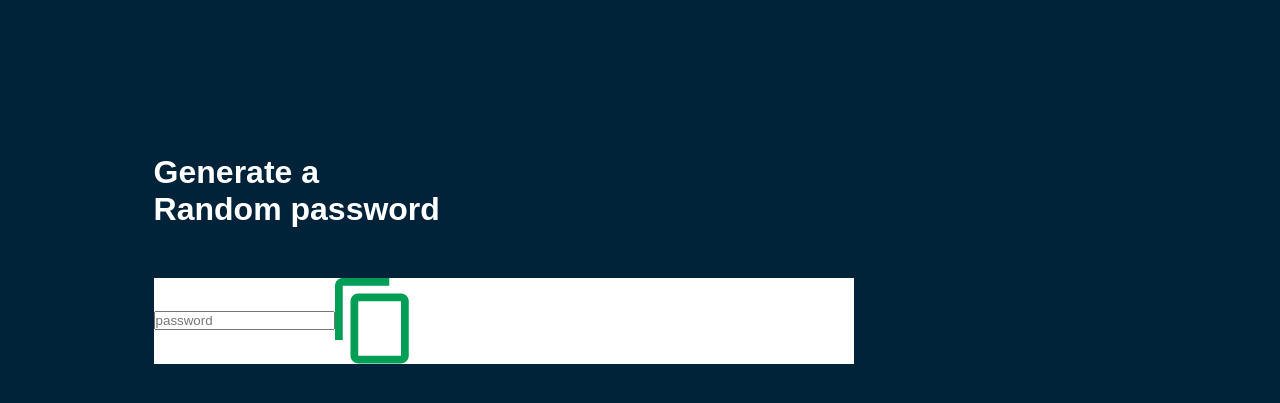
Repository: YAAMAR/password-generator
Page: Random password/index.html
These files come from the project's save history. The page is drawn as it stood at one moment and after a run of saves; the edit follows.
The browser window is 1280 px wide. The pictures show the whole page.

Above is the page before, as saved 2024-05-02 18:58:49.

After the next 2 saves:
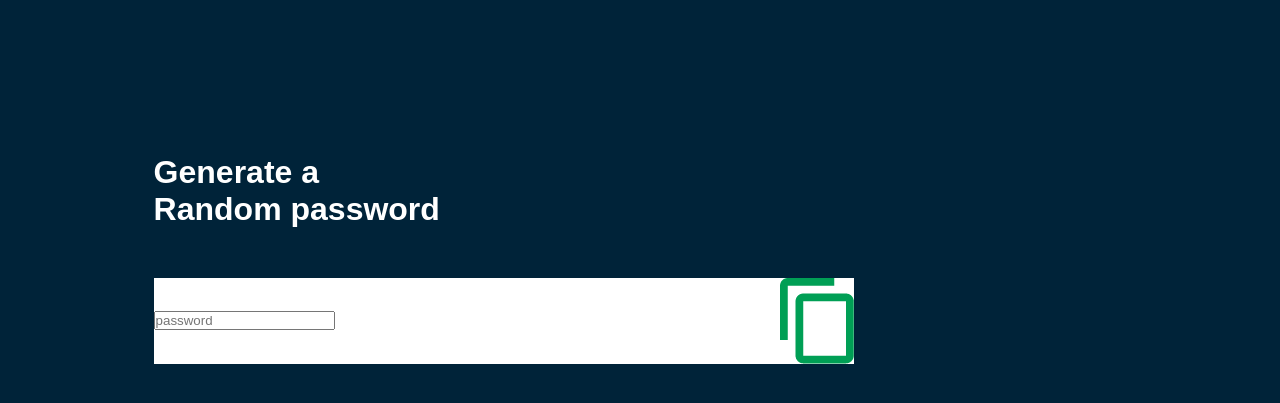
The 2 saves are shown as one change because they came seconds apart.
The last was saved 10 s later.
--- a/Random password/style.css
+++ b/Random password/style.css
@@ -21,5 +21,5 @@ body{
 color: #fff;
 display: flex;
 align-items: center;
-justify-content: ;
+justify-content: space-between;
 }
